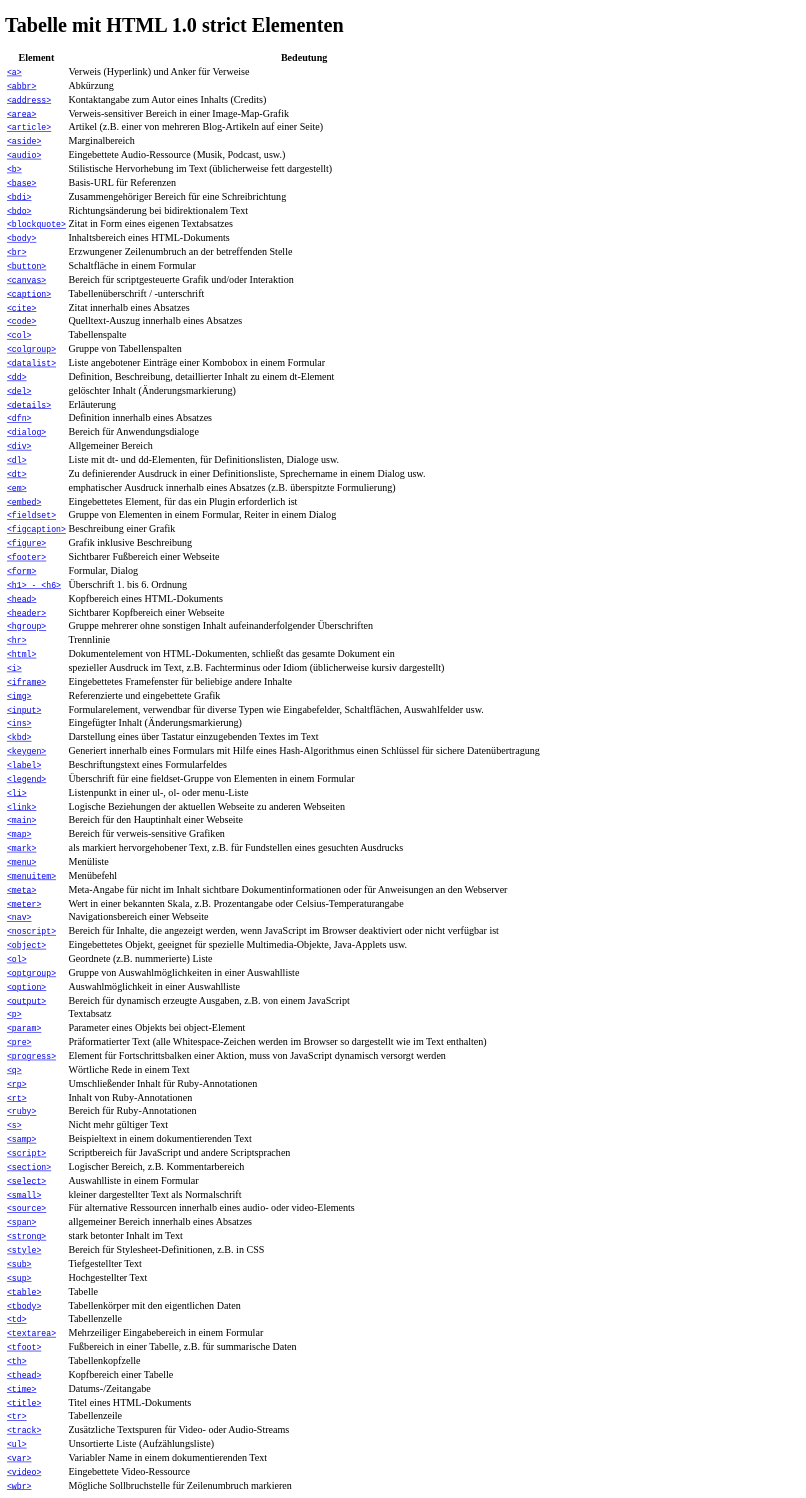
Repository: pLurchi/MyWebengineeringRepo
Page: RemoteSystemsTempFiles/HA-Kapitel06/WebContent/index.html
The author's editor kept a copy of each file at every save. The page is drawn from the files as they stood at one save, then again after the next save.
The browser window is 1280 px wide. The pictures show the whole page, at 63% of full size.

Above is the page before, as saved 2013-11-28 16:48:13.

After the next save:
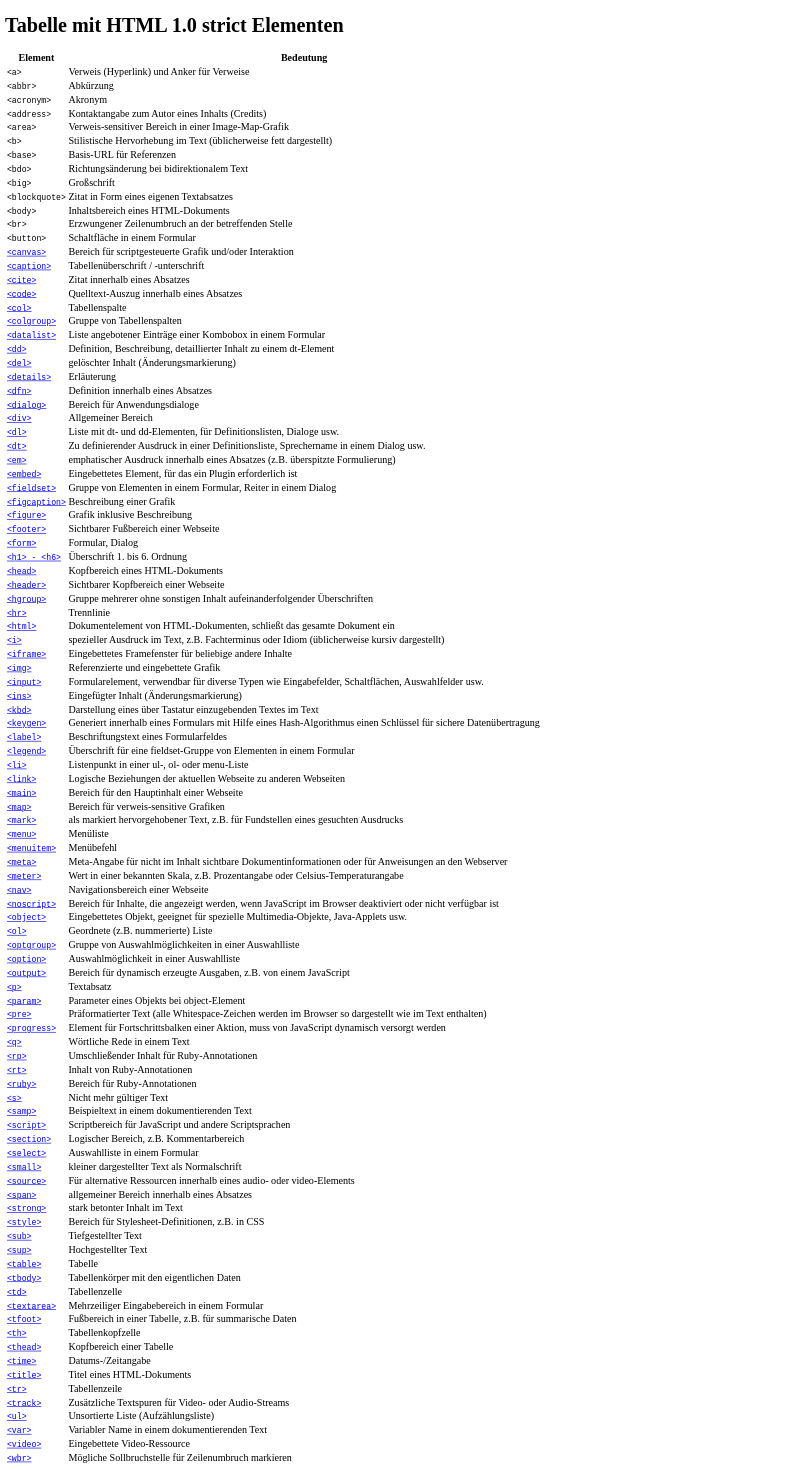
Saved 10 min 15 s later.
--- a/RemoteSystemsTempFiles/HA-Kapitel06/WebContent/index.html
+++ b/RemoteSystemsTempFiles/HA-Kapitel06/WebContent/index.html
@@ -10,70 +10,63 @@
 	<h1>Tabelle mit HTML 1.0 strict Elementen</h1>
 
 	<table class="wiki-content-table">
-<tr>
-<th>Element</th>
-<th>Bedeutung</th>
-</tr>
-<tr>
-<td><tt><a href="/html-handbuch:html-elementreferenz-a">&lt;a&gt;</a></tt></td>
-<td>Verweis (Hyperlink) und Anker für Verweise</td>
-</tr>
-<tr>
-<td><tt><a href="/html-handbuch:html-elementreferenz-abbr">&lt;abbr&gt;</a></tt></td>
-<td>Abkürzung</td>
-</tr>
-<tr>
-<td><tt><a href="/html-handbuch:html-elementreferenz-address">&lt;address&gt;</a></tt></td>
-<td>Kontaktangabe zum Autor eines Inhalts (Credits)</td>
-</tr>
-<tr>
-<td><tt><a href="/html-handbuch:html-elementreferenz-area">&lt;area&gt;</a></tt></td>
-<td>Verweis-sensitiver Bereich in einer Image-Map-Grafik</td>
-</tr>
-<tr>
-<td><tt><a href="/html-handbuch:html-elementreferenz-article">&lt;article&gt;</a></tt></td>
-<td>Artikel (z.B. einer von mehreren Blog-Artikeln auf einer Seite)</td>
-</tr>
-<tr>
-<td><tt><a href="/html-handbuch:html-elementreferenz-aside">&lt;aside&gt;</a></tt></td>
-<td>Marginalbereich</td>
-</tr>
-<tr>
-<td><tt><a href="/html-handbuch:html-elementreferenz-audio">&lt;audio&gt;</a></tt></td>
-<td>Eingebettete Audio-Ressource (Musik, Podcast, usw.)</td>
-</tr>
-<tr>
-<td><tt><a href="/html-handbuch:html-elementreferenz-b">&lt;b&gt;</a></tt></td>
-<td>Stilistische Hervorhebung im Text (üblicherweise fett dargestellt)</td>
-</tr>
-<tr>
-<td><tt><a href="/html-handbuch:html-elementreferenz-base">&lt;base&gt;</a></tt></td>
-<td>Basis-URL für Referenzen</td>
-</tr>
-<tr>
-<td><tt><a class="newpage" href="/html-handbuch:html-elementreferenz-bdi">&lt;bdi&gt;</a></tt></td>
-<td>Zusammengehöriger Bereich für eine Schreibrichtung</td>
-</tr>
-<tr>
-<td><tt><a href="/html-handbuch:html-elementreferenz-bdo">&lt;bdo&gt;</a></tt></td>
-<td>Richtungsänderung bei bidirektionalem Text</td>
-</tr>
-<tr>
-<td><tt><a href="/html-handbuch:html-elementreferenz-blockquote">&lt;blockquote&gt;</a></tt></td>
-<td>Zitat in Form eines eigenen Textabsatzes</td>
-</tr>
-<tr>
-<td><tt><a href="/html-handbuch:html-elementreferenz-body">&lt;body&gt;</a></tt></td>
-<td>Inhaltsbereich eines HTML-Dokuments</td>
-</tr>
-<tr>
-<td><tt><a href="/html-handbuch:html-elementreferenz-br">&lt;br&gt;</a></tt></td>
-<td>Erzwungener Zeilenumbruch an der betreffenden Stelle</td>
-</tr>
-<tr>
-<td><tt><a href="/html-handbuch:html-elementreferenz-button">&lt;button&gt;</a></tt></td>
-<td>Schaltfläche in einem Formular</td>
-</tr>
+		<tr>
+			<th>Element</th>
+			<th>Bedeutung</th>
+		</tr>
+
+		<tr>
+			<td><tt>&lt;a&gt;</tt></td>
+			<td>Verweis (Hyperlink) und Anker für Verweise</td>
+		</tr>
+		<tr>
+			<td><tt>&lt;abbr&gt;</tt></td>
+			<td>Abkürzung</td>
+		</tr>
+		<tr>
+			<td><tt>&lt;acronym&gt;</tt></td>
+			<td>Akronym</td>
+		</tr>
+		<tr>
+			<td><tt>&lt;address&gt;</tt></td>
+			<td>Kontaktangabe zum Autor eines Inhalts (Credits)</td>
+		</tr>
+		<tr>
+			<td><tt>&lt;area&gt;</tt></td>
+			<td>Verweis-sensitiver Bereich in einer Image-Map-Grafik</td>
+		</tr>
+		<tr>
+			<td><tt>&lt;b&gt;</tt></td>
+			<td>Stilistische Hervorhebung im Text (üblicherweise fett dargestellt)</td>
+		</tr>
+		<tr>
+			<td><tt>&lt;base&gt;</tt></td>
+			<td>Basis-URL für Referenzen</td>
+		</tr>
+		<tr>
+			<td><tt>&lt;bdo&gt;</tt></td>
+			<td>Richtungsänderung bei bidirektionalem Text</td>
+		</tr>
+		<tr>
+			<td><tt>&lt;big&gt;</tt></td>
+			<td>Großschrift</td>
+		</tr>
+		<tr>
+			<td><tt>&lt;blockquote&gt;</tt></td>
+			<td>Zitat in Form eines eigenen Textabsatzes</td>
+		</tr>
+		<tr>
+			<td><tt>&lt;body&gt;</tt></td>
+			<td>Inhaltsbereich eines HTML-Dokuments</td>
+		</tr>
+		<tr>
+			<td><tt>&lt;br&gt;</tt></td>
+			<td>Erzwungener Zeilenumbruch an der betreffenden Stelle</td>
+		</tr>
+		<tr>
+			<td><tt>&lt;button&gt;</tt></td>
+			<td>Schaltfläche in einem Formular</td>
+		</tr>
 <tr>
 <td><tt><a href="/html-handbuch:html-elementreferenz-canvas">&lt;canvas&gt;</a></tt></td>
 <td>Bereich für scriptgesteuerte Grafik und/oder Interaktion</td>
